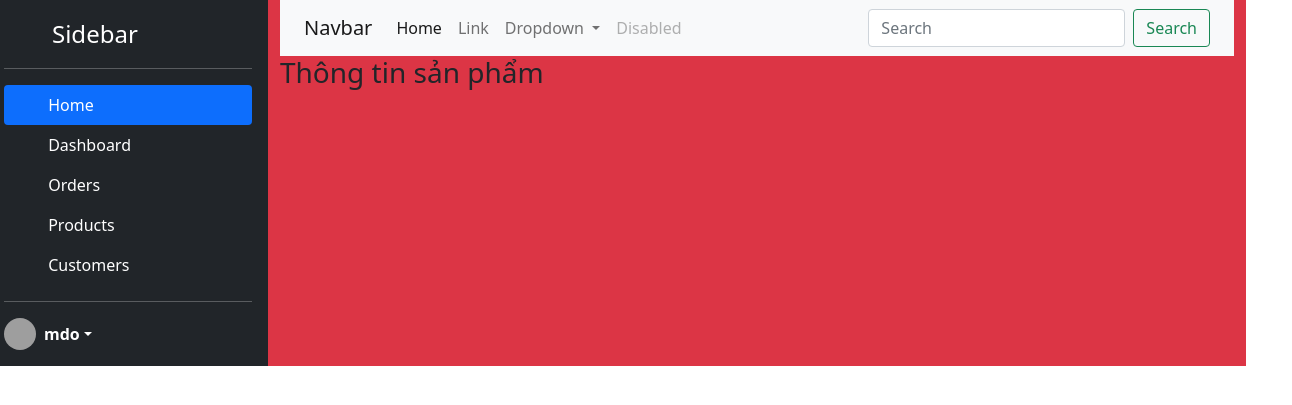
Repository: Lehuyhuynh/BT12-BOOTSTRAP
Page: index.html
An editor plug-in stored every save of this project. The page is shown before and after a run of saves, followed by the edit.
The browser window is 1280 px wide. The page is 1292 px wide, so the pictures cover 1292 px, including what lies to the right of the window. The pictures show the whole page.
Pictures or frames that could not be fetched are drawn as grey boxes.

Above is the page before, as saved 2023-08-19 22:27:29.

### index.html
<!DOCTYPE html>
<html lang="en">
<head>
  <link href="https://cdn.jsdelivr.net/npm/bootstrap@5.1.3/dist/css/bootstrap.min.css" rel="stylesheet" integrity="sha384-1BmE4kWBq78iYhFldvKuhfTAU6auU8tT94WrHftjDbrCEXSU1oBoqyl2QvZ6jIW3" crossorigin="anonymous">
  <meta charset="UTF-8">
  <meta name="viewport" content="width=device-width, initial-scale=1.0">
  <title>BT2</title>
</head>
<body>
  <div class="row">
    <div class=" col-3 d-flex flex-column flex-shrink-0 p-3 text-white bg-dark rounded-lg" style="width: 280px;">
      <a href="/" class="d-flex align-items-center mb-3 mb-md-0 me-md-auto text-white text-decoration-none">
        <svg class="bi me-2" width="40" height="32"><use xlink:href="#bootstrap"></use></svg>
        <span class="fs-4">Sidebar</span>
      </a>
      <hr>
      <ul class="nav nav-pills flex-column mb-auto">
        <li class="nav-item">
          <a href="#" class="nav-link active" aria-current="page">
            <svg class="bi me-2" width="16" height="16"><use xlink:href="#home"></use></svg>
            Home
          </a>
        </li>
        <li>
          <a href="#" class="nav-link text-white">
            <svg class="bi me-2" width="16" height="16"><use xlink:href="#speedometer2"></use></svg>
            Dashboard
          </a>
        </li>
        <li>
          <a href="#" class="nav-link text-white">
            <svg class="bi me-2" width="16" height="16"><use xlink:href="#table"></use></svg>
            Orders
          </a>
        </li>
        <li>
          <a href="#" class="nav-link text-white">
            <svg class="bi me-2" width="16" height="16"><use xlink:href="#grid"></use></svg>
            Products
          </a>
        </li>
        <li>
          <a href="#" class="nav-link text-white">
            <svg class="bi me-2" width="16" height="16"><use xlink:href="#people-circle"></use></svg>
            Customers
          </a>
        </li>
      </ul>
      <hr>
      <div class="dropdown">
        <a href="#" class="d-flex align-items-center text-white text-decoration-none dropdown-toggle" id="dropdownUser1" data-bs-toggle="dropdown" aria-expanded="false">
          <img src="https://github.com/mdo.png" alt="" width="32" height="32" class="rounded-circle me-2">
          <strong>mdo</strong>
        </a>
        <ul class="dropdown-menu dropdown-menu-dark text-small shadow" aria-labelledby="dropdownUser1" style="">
          <li><a class="dropdown-item" href="#">New project...</a></li>
          <li><a class="dropdown-item" href="#">Settings</a></li>
          <li><a class="dropdown-item" href="#">Profile</a></li>
          <li><hr class="dropdown-divider"></li>
          <li><a class="dropdown-item" href="#">Sign out</a></li>
        </ul>
      </div>
    </div>
    <div class="main-content bg-danger col-9" >
      <nav class="navbar navbar-expand-lg navbar-light bg-light">
        <div class="container-fluid">
          <a class="navbar-brand" href="#">Navbar</a>
          <button class="navbar-toggler" type="button" data-bs-toggle="collapse" data-bs-target="#navbarSupportedContent" aria-controls="navbarSupportedContent" aria-expanded="false" aria-label="Toggle navigation">
            <span class="navbar-toggler-icon"></span>
          </button>
          <div class="collapse navbar-collapse" id="navbarSupportedContent">
            <ul class="navbar-nav me-auto mb-2 mb-lg-0">
              <li class="nav-item">
                <a class="nav-link active" aria-current="page" href="#">Home</a>
              </li>
              <li class="nav-item">
                <a class="nav-link" href="#">Link</a>
              </li>
              <li class="nav-item dropdown">
                <a class="nav-link dropdown-toggle" href="#" id="navbarDropdown" role="button" data-bs-toggle="dropdown" aria-expanded="false">
                  Dropdown
                </a>
                <ul class="dropdown-menu" aria-labelledby="navbarDropdown">
                  <li><a class="dropdown-item" href="#">Action</a></li>
                  <li><a class="dropdown-item" href="#">Another action</a></li>
                  <li><hr class="dropdown-divider"></li>
                  <li><a class="dropdown-item" href="#">Something else here</a></li>
                </ul>
              </li>
              <li class="nav-item">
                <a class="nav-link disabled" href="#" tabindex="-1" aria-disabled="true">Disabled</a>
              </li>
            </ul>
            <form class="d-flex">
              <input class="form-control me-2" type="search" placeholder="Search" aria-label="Search">
              <button class="btn btn-outline-success" type="submit">Search</button>
            </form>
          </div>
        </div>
      </nav>
      <div class="row">

        <h3>Thông tin sản phẩm<h3>








      </div>
    </div>


  </div>

  <script src="https://cdn.jsdelivr.net/npm/bootstrap@5.1.3/dist/js/bootstrap.bundle.min.js" integrity="sha384-ka7Sk0Gln4gmtz2MlQnikT1wXgYsOg+OMhuP+IlRH9sENBO0LRn5q+8nbTov4+1p" crossorigin="anonymous"></script>
</body>
</html>

After the next 6 saves:
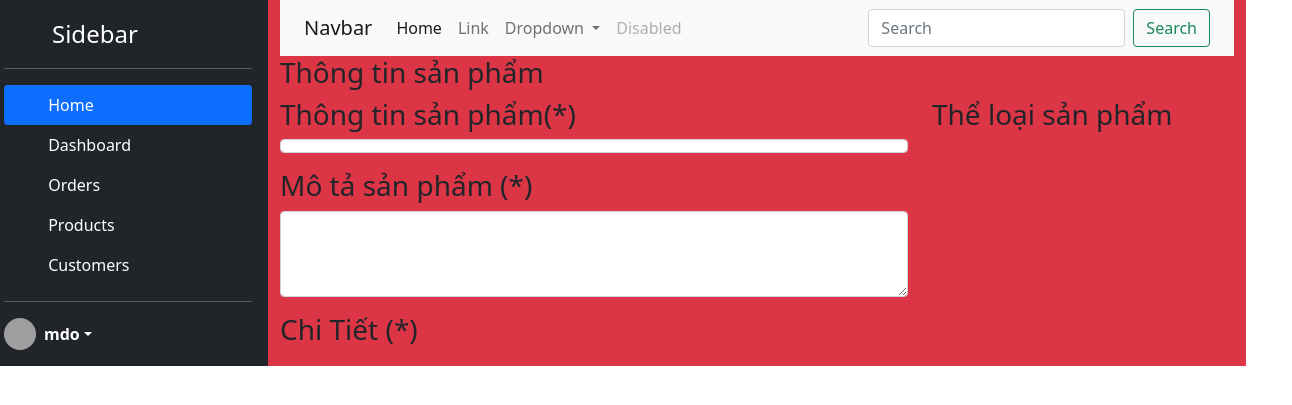
The 6 saves are shown as one change because they came seconds apart.
The last was saved 15 s later.
--- a/index.html
+++ b/index.html
@@ -102,7 +102,36 @@
 
         <h3>Thông tin sản phẩm<h3>
 
+          <div class="row">
+            <div class="more col-8">
 
+              <div class="product">
+
+                <div class="mb-3">
+                  <label for="information" class="form-label">Thông tin sản phẩm(*)</label>
+                  <table class="form-control" id="information" name="information" rows="3"></table>
+                </div>
+
+                <div class="mb-3">
+                  <label for="exampleFormControlTextarea1" class="form-label">Mô tả sản phẩm (*)</label>
+                  <textarea class="form-control" id="exampleFormControlTextarea1" rows="3"></textarea>
+                </div>
+
+                <span>Chi Tiết (*) </span><br>
+
+              </div>
+
+              <div class="data">
+
+              </div>
+
+            </div>
+
+            <div class="category col-4">
+
+              <h3>Thể loại sản phẩm</h3>
+            </div>
+          </div>
 
 
 
